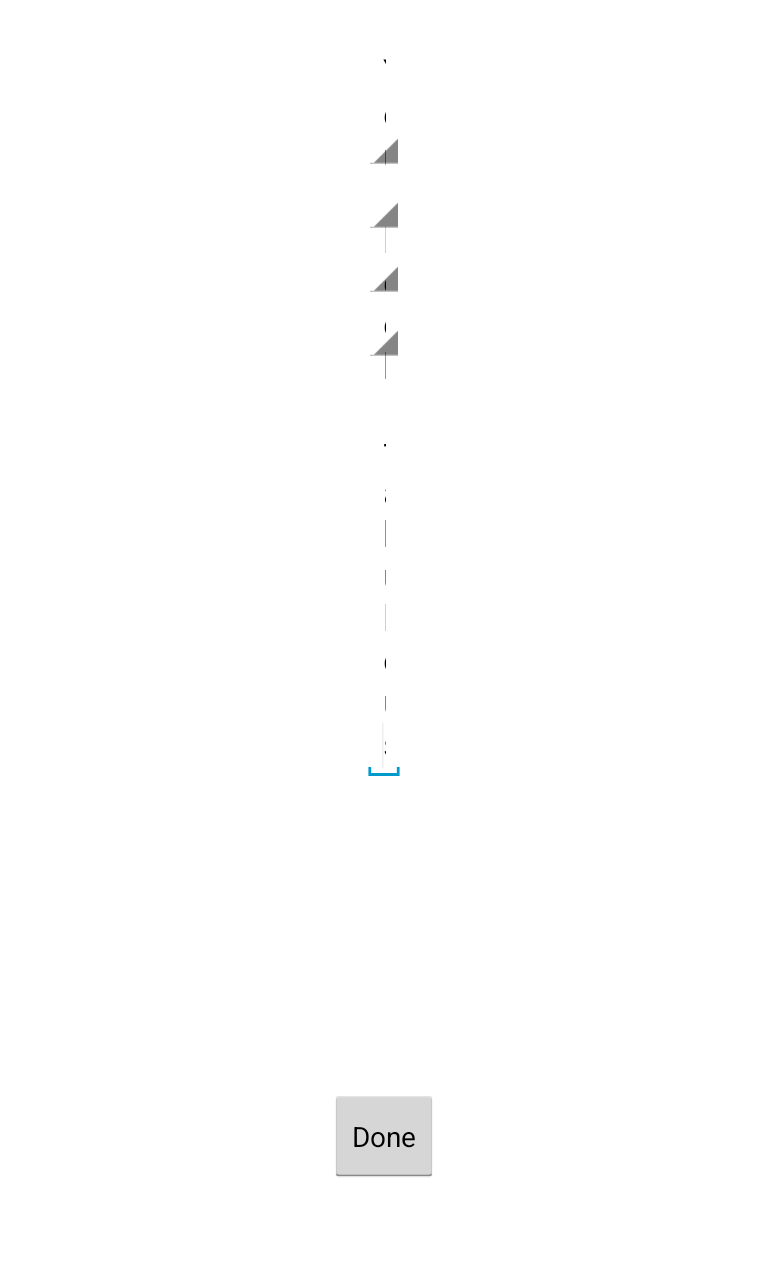
Repository: rtyanas/MyPics
Layout: workspace/MyPic/res/layout/activity_settings.xml
The author's editor kept a copy of each file at every save. The layout is drawn from the files as they stood at one save, then again after the next save.
It is drawn on a 768 x 1280 px phone screen (xhdpi) without system bars, with theme AppTheme; the app's code is not run.

Above is the layout before, as saved 2013-12-16 22:39:39.

### workspace/MyPic/res/layout/activity_settings.xml
<RelativeLayout xmlns:android="http://schemas.android.com/apk/res/android"
    xmlns:tools="http://schemas.android.com/tools"
    android:layout_width="match_parent"
    android:layout_height="match_parent"
    android:paddingBottom="@dimen/activity_vertical_margin"
    android:paddingLeft="@dimen/activity_horizontal_margin"
    android:paddingRight="@dimen/activity_horizontal_margin"
    android:paddingTop="@dimen/activity_vertical_margin"
    tools:context=".SettingsActivity" >

    <Spinner
        android:id="@+id/rotate"
        android:layout_width="wrap_content"
        android:layout_height="wrap_content"
        android:layout_alignLeft="@+id/color"
        android:layout_below="@+id/color" />

    <Spinner
        android:id="@+id/color"
        android:layout_width="wrap_content"
        android:layout_height="wrap_content"
        android:layout_alignLeft="@+id/style"
        android:layout_below="@+id/style" />

    <Spinner
        android:id="@+id/font"
        android:layout_width="wrap_content"
        android:layout_height="wrap_content"
        android:layout_centerHorizontal="true"
        android:layout_marginTop="38dp" />

    <Spinner
        android:id="@+id/style"
        android:layout_width="wrap_content"
        android:layout_height="wrap_content"
        android:layout_alignLeft="@+id/font"
        android:layout_below="@+id/font" />

    <Button
        android:id="@+id/done"
        style="?android:attr/buttonStyleSmall"
        android:layout_width="wrap_content"
        android:layout_height="wrap_content"
        android:layout_alignParentBottom="true"
        android:layout_centerHorizontal="true"
        android:layout_marginBottom="32dp"
        android:text="@string/done" />

    <EditText
        android:id="@+id/editText1"
        android:layout_width="wrap_content"
        android:layout_height="wrap_content"
        android:layout_alignLeft="@+id/font"
        android:layout_alignParentTop="true"
        android:layout_alignRight="@+id/font"
        android:ems="10"
        android:text="@string/fabulous" >

        <requestFocus />
    </EditText>

</RelativeLayout>

### workspace/MyPic/res/values/strings.xml
<?xml version="1.0" encoding="utf-8"?>
<resources>

    <string name="app_name">MyPic</string>
    <string name="action_settings">Settings</string>
    <string name="hello_world">Hello world!</string>
    <string name="fabulous">You look fabulous</string>
    <string name="my_pic_image">myPic Image</string>
    <string name="get_image">Get Image</string>
    <string name="title_activity_get_image">GetImageActivity</string>
    <string name="title_activity_settings">SettingsActivity</string>
    <string name="init_text">You are fabulous</string>
    <string name="done">Done</string>

</resources>

Loaded but not shown: workspace/MyPic/res/values/styles.xml (common file); workspace/MyPic/res/values-v11/styles.xml (common file); workspace/MyPic/res/values-v14/styles.xml (common file); workspace/MyPic/res/values/dimens.xml (common file)

After the next save:
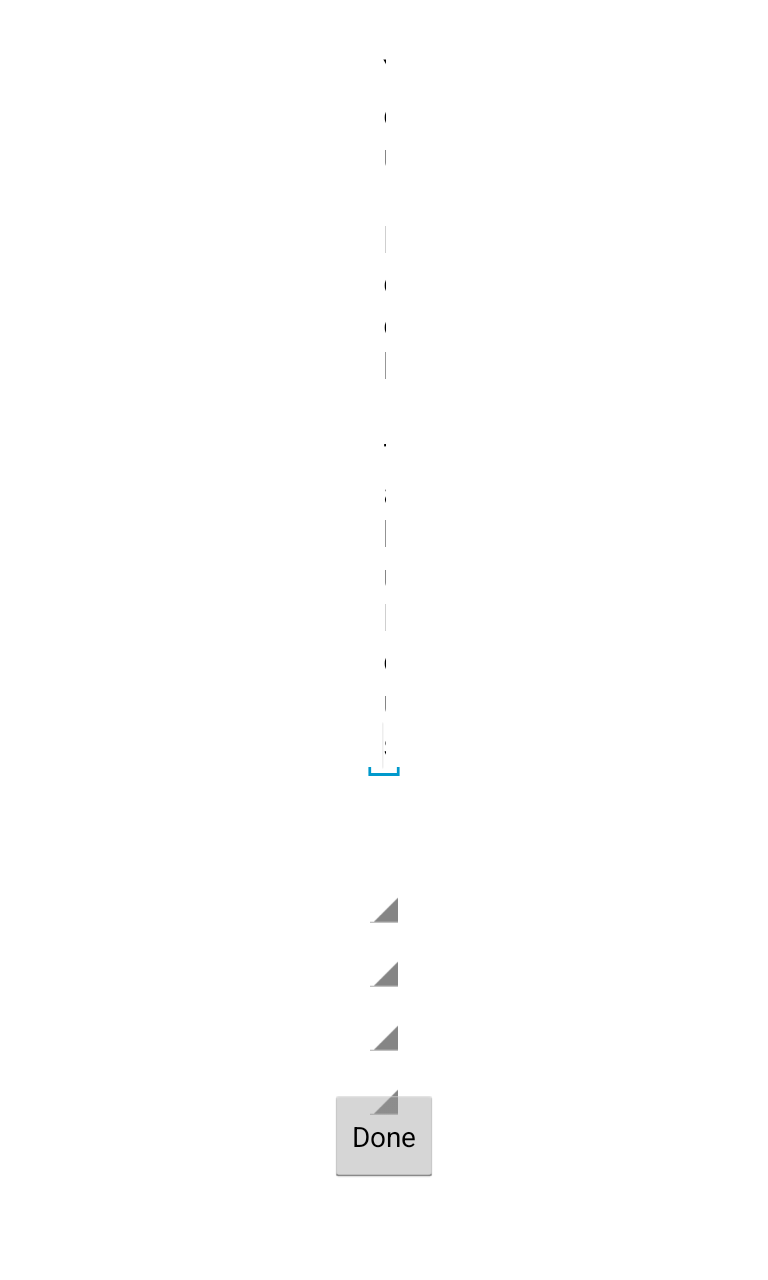
Saved 70 s later.
--- a/workspace/MyPic/res/layout/activity_settings.xml
+++ b/workspace/MyPic/res/layout/activity_settings.xml
@@ -1,5 +1,6 @@
 <RelativeLayout xmlns:android="http://schemas.android.com/apk/res/android"
     xmlns:tools="http://schemas.android.com/tools"
+    android:id="message"
     android:layout_width="match_parent"
     android:layout_height="match_parent"
     android:paddingBottom="@dimen/activity_vertical_margin"
@@ -21,13 +22,6 @@
         android:layout_height="wrap_content"
         android:layout_alignLeft="@+id/style"
         android:layout_below="@+id/style" />
-
-    <Spinner
-        android:id="@+id/font"
-        android:layout_width="wrap_content"
-        android:layout_height="wrap_content"
-        android:layout_centerHorizontal="true"
-        android:layout_marginTop="38dp" />
 
     <Spinner
         android:id="@+id/style"
@@ -59,4 +53,12 @@
         <requestFocus />
     </EditText>
 
+    <Spinner
+        android:id="@+id/font"
+        android:layout_width="wrap_content"
+        android:layout_height="wrap_content"
+        android:layout_below="@+id/editText1"
+        android:layout_centerHorizontal="true"
+        android:layout_marginTop="42dp" />
+
 </RelativeLayout>
